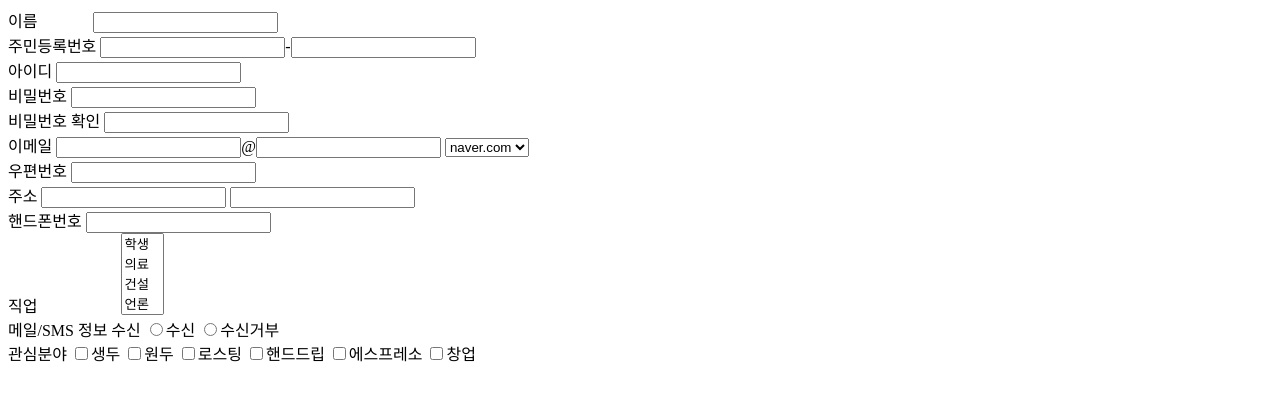
Repository: Yoon-jae-min/JSP-Servlet_Study
Page: http://localhost/self-study-01/join.jsp
An editor plug-in stored every save of this project. The page is shown before and after the next save, followed by the edit.
The browser window is 1280 px wide. The pictures show the whole page.
The page is served by Tomcat 10.

Above is the page before, as saved 2024-06-06 12:02:58.

After the next save:
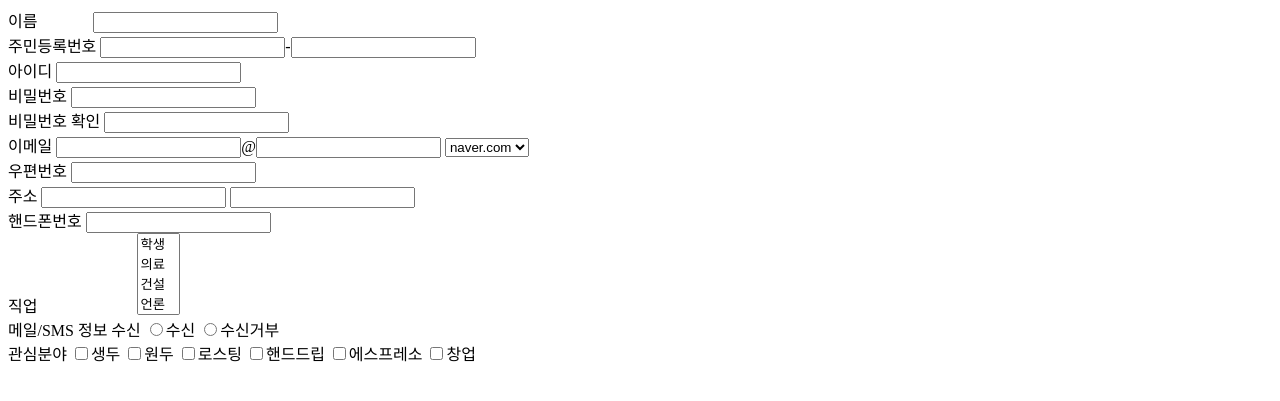
Saved 6 s later.
--- a/JSP&Servlet-selfStudy/self-study-01/src/main/webapp/join.jsp
+++ b/JSP&Servlet-selfStudy/self-study-01/src/main/webapp/join.jsp
@@ -33,7 +33,7 @@
 			<input type="text" name="addressBehind"><br>
 		<label>핸드폰번호</label>
 			<input type="text" name="telNum"><br>
-		<label>직업&emsp;&emsp;&emsp;&emsp;&emsp;</label>
+		<label>직업&emsp;&emsp;&emsp;&emsp;&emsp;&emsp;</label>
 			<select name="job" size="4">
 				<option>학생</option>
 				<option>의료</option>
